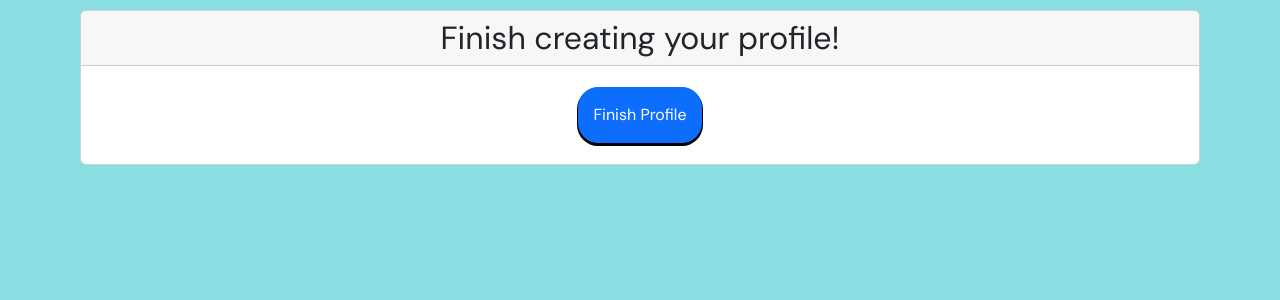
Repository: aiodell/my-glucose-checkup
Page: /me (app in client/)
The author's editor kept a copy of each file at every save. The page is drawn from the files as they stood at one save, then again after a run of saves.
The browser window is 1280 px wide. The pictures show the whole page.
The page's requests for data from a server got no answer. The project was rebuilt for these pictures with package versions that can differ from the ones it lists, and the page was loaded fresh each time. No one was signed in, and anything a server would have sent is missing. Also part of the build but not shown: client/src/components/Login.js, client/src/components/Signup.js, client/src/components/Dashboard.js, client/src/components/AllReadings.js, client/src/components/NewReading.js, client/src/components/Home.js, client/src/components/BglUpdateForm.js, client/src/components/BglEventDetails.js and 8 more.

Above is the page before, as saved 2022-10-06 07:00:36.

After the next 2 saves:
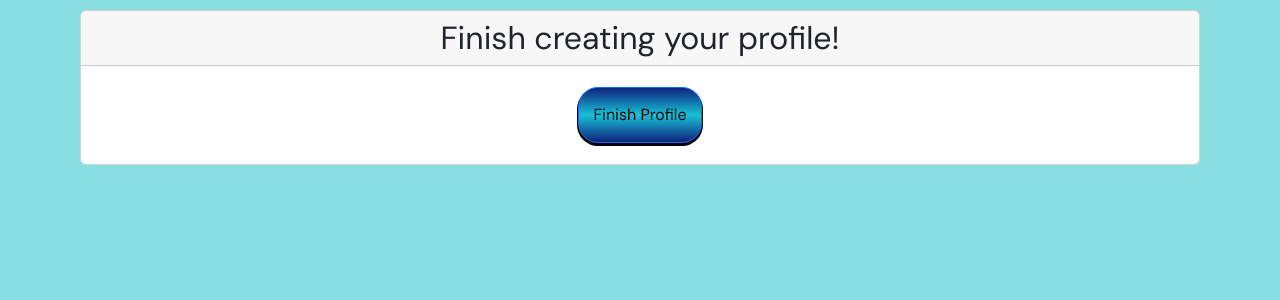
The 2 saves are shown as one change because they came seconds apart.
The last was saved 13 s later.
--- a/client/src/styles.css
+++ b/client/src/styles.css
@@ -9,8 +9,8 @@ body {
 
 /*Universal */
 .btns {
-  background-image: linear-gradient(#89dee2,	#10217d, #89dee2,);
-  color: rgb(255, 255, 255);
+  background-image: linear-gradient(#10217d, #16c2d5,#10217d);
+  color: rgb(0, 0, 0);
   padding: 15px;
   margin: 5px;
   text-align: center;
